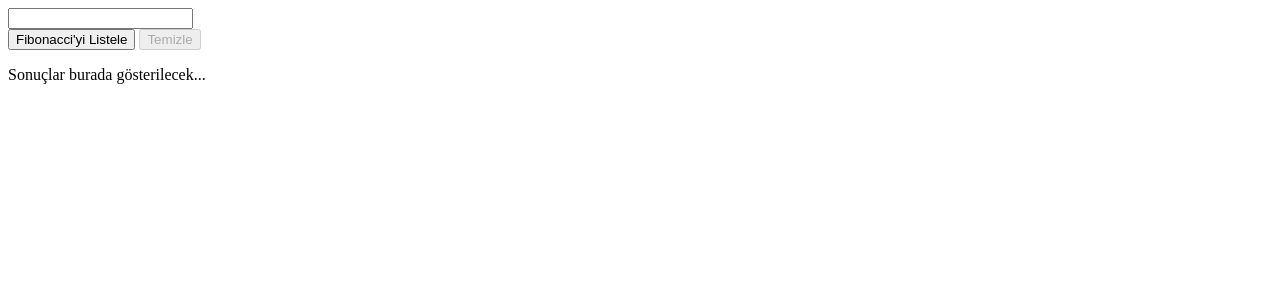
Repository: akifkerimgunsal/exercises-from-csharp-js-and-sqlqueries
Page: Javascript Beginner Exercises/4-fibonacci/public/fibonacci.html
An editor plug-in stored every save of this project. The page is shown before and after the next save, followed by the edit.
The browser window is 1280 px wide. The pictures show the whole page.
Empty fields were first filled with sample values (such as "Sample", 5 or name@example.com).
After loading, the first visible `#input1` was changed once.

Above is the page before, as saved 2024-02-11 15:25:14.
Console error: TypeError: Cannot set properties of null (setting 'disabled')

### Javascript Beginner Exercises/4-fibonacci/public/fibonacci.html
<!DOCTYPE html>
<html>
<head>
	<meta charset="UTF-8">
	<title>Insert title here</title>
	<script type="text/javascript" src="fibonacci.js"></script>
</head>
<body oninput="temizle()">
	<input id="input1" type="text" oninput="veriGirisi()" >
	<br>
	<button type="button" onclick="listele()"> Fibonacci'yi Listele</button>
	<button id="buton2" type="button" onclick="temizle()"> Temizle</button>
	<p id="p1"> Sonuçlar burada gösterilecek...</p>
</body>
</html>

### Javascript Beginner Exercises/4-fibonacci/public/fibonacci.js
/**
 *
 */

function listele(){

}

function veriGirisi(){
	document.getElementById(buton2).disabled = false;
}

function temizle(){
	 document.getElementById("input1").value = "";
	 document.getElementById("p1").innerHTML = "Sonuçlar burada gösterilecek...";
	 document.getElementById("buton2").disabled = true;
}

After the next save:
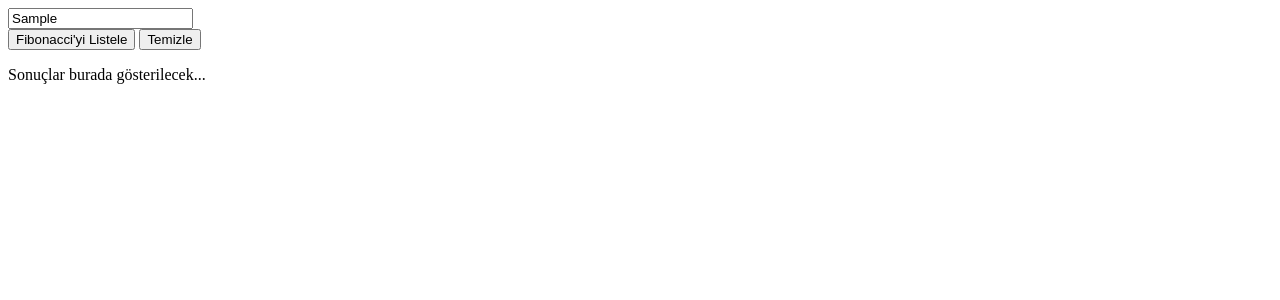
Console error: TypeError: Cannot read properties of null (reading 'disabled')
Saved 3 min 9 s later.
--- a/Javascript Beginner Exercises/4-fibonacci/public/fibonacci.html
+++ b/Javascript Beginner Exercises/4-fibonacci/public/fibonacci.html
@@ -5,7 +5,7 @@
 	<title>Insert title here</title>
 	<script type="text/javascript" src="fibonacci.js"></script>
 </head>
-<body oninput="temizle()">
+<body>
 	<input id="input1" type="text" oninput="veriGirisi()" >
 	<br>
 	<button type="button" onclick="listele()"> Fibonacci'yi Listele</button>
--- a/Javascript Beginner Exercises/4-fibonacci/public/fibonacci.js
+++ b/Javascript Beginner Exercises/4-fibonacci/public/fibonacci.js
@@ -1,17 +1,25 @@
 /**
  *
  */
+const bilgiSatiri = "Sonuçlar burada gösterilecek...";
 
 function listele(){
 
 }
 
+function sayfaYukle(){
+	document.getElementById(p1).innerHTML = bilgiSatiri;
+	document.getElementById(buton2).disabled = true;
+}
+
+
 function veriGirisi(){
-	document.getElementById(buton2).disabled = false;
+	if(document.getElementById(buton2).disabled)
+		document.getElementById(buton2).disabled = false;
 }
 
 function temizle(){
 	 document.getElementById("input1").value = "";
-	 document.getElementById("p1").innerHTML = "Sonuçlar burada gösterilecek...";
+	 document.getElementById("p1").innerHTML = bilgiSatiri;
 	 document.getElementById("buton2").disabled = true;
 }
